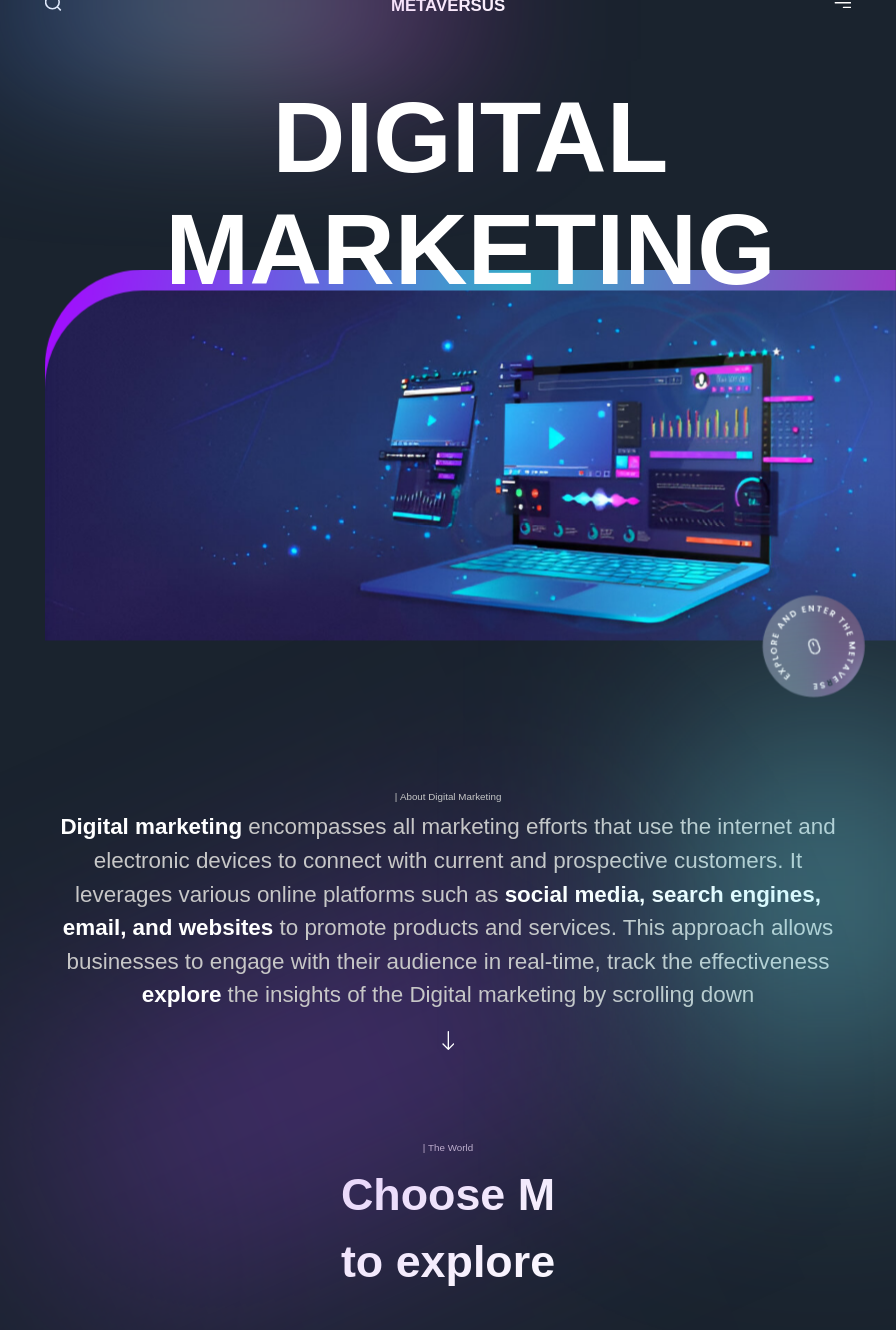
Repository: Shanuga123/metaversus
Page: /
An editor plug-in stored every save of this project. The page is shown before and after the next save, followed by the edit.
The browser window is 1280 px wide. The pictures show the part of the page from y = 40 to 1940 px (the page is 7302 px tall), at 70% of full size.
Pictures or frames that could not be fetched are drawn as grey boxes. Some web fonts or font styles are not loaded; a fallback is used. The project was rebuilt for these pictures with package versions that can differ from the ones it lists, and the page was loaded fresh each time. The framework's server and built-in components were replaced by stand-ins that run in the browser. Also part of the build but not shown: next.config.js.

Above is the page before, as saved 2024-08-05 21:58:47.

### components/Navbar.jsx
'use client';

import { motion } from 'framer-motion';

import styles from '../styles';
import { navVariants } from '../utils/motion';

const Navbar = () => (
  <motion.nav
    variants={navVariants}
    initial="hidden"
    whileInView="show"
    className={`${styles.xPaddings} py-8 relative`}
  >
    <div className="absolute w-[50%] inset-0 gradient-01" />
    <div
      className={`${styles.innerWidth} mx-auto flex justify-between gap-8`}
    >
      <img
        src="/search.svg"
        alt="search"
        className="w-[24px] h-[24px] object-contain"
      />
      <h2 className="font-extrabold text-[24px] leading-[30.24px] text-white">
        METAVERSUS
      </h2>
      <img
        src="/menu.svg"
        alt="menu"
        className="w-[24px] h-[24px] object-contain"
      />
    </div>
  </motion.nav>
);

export default Navbar;

### components/CustomTexts.jsx
'use client';

import { motion } from 'framer-motion';
import { textContainer, textVariant2 } from '../utils/motion';

export const TypingText = ({ title, textStyles }) => (
  <motion.p
    variants={textContainer}
    className={`font-normal text-[14px] text-secondary-white ${textStyles}`}
  >
    {Array.from(title).map((letter, index) => (
      <motion.span variants={textVariant2} key={index}>
        {letter === ' ' ? '\u00A0' : letter}
      </motion.span>
    ))}
  </motion.p>
);

export const TitleText = ({ title, textStyles }) => (
  <motion.h2
    variants={textVariant2}
    initial="hidden"
    whileInView="show"
    className={`mt-[8px] font-bold md:text-[64px] text-[40px] text-white ${textStyles}`}
  >
    {title}
  </motion.h2>
);

### components/ExploreCard.jsx
'use client';

import { motion } from 'framer-motion';

import styles from '../styles';
import { fadeIn } from '../utils/motion';

const ExploreCard = ({ id, imgUrl, title, index, active, handleClick }) => (
  <motion.div
    variants={fadeIn('right', 'spring', index * 0.5, 0.75)}
    className={`relative ${
      active === id ? 'lg:flex-[3.5] flex-[10]' : 'lg:flex-[0.5] flex-[2]'
    } flex items-center justify-center min-w-[170px] h-[700px] transition-[flex] duration-[0.7s] ease-out-flex cursor-pointer`}
    onClick={() => handleClick(id)}
  >
    <img
      src={imgUrl}
      alt="planet-04"
      className="absolute w-full h-full object-cover rounded-[24px]"
    />
    {active !== id ? (
      <h3 className="font-semibold sm:text-[26px] text-[18px] text-white absolute z-0 lg:bottom-20 lg:rotate-[-90deg] lg:origin-[0,0]">
        {title}
      </h3>
    ) : (
      <div className="absolute bottom-0 p-8 flex justify-start w-full flex-col bg-[rgba(0,0,0,0.5)] rounded-b-[24px]">
        <div
          className={`${styles.flexCenter} w-[60px] h-[60px] rounded-[24px] glassmorphism mb-[16px]`}
        >
          <img
            src="/headset.svg"
            alt="headset"
            className="w-1/2 h-1/2 object-contain"
          />
        </div>
        <p className="font-normal text-[16px] leading-[20.16px] text-white uppercase">
          Enter Metaverse
        </p>
        <h2 className="mt-[24px] font-semibold sm:text-[32px] text-[24px] text-white">
          {title}
        </h2>
      </div>
    )}
  </motion.div>
);

export default ExploreCard;

### components/InsightCard.jsx
'use client';

import { motion } from 'framer-motion';

import { fadeIn } from '../utils/motion';

const InsightCard = ({ imgUrl, title, subtitle, index }) => (
  <motion.div
    variants={fadeIn('up', 'spring', index * 0.5, 1)}
    className="flex md:flex-row flex-col gap-4"
  >
    <img
      src={imgUrl}
      alt="planet-01"
      className="md:w-[270px] w-full h-[250px] rounded-[32px] object-cover"
    />
    <div className="w-full flex justify-between items-center">
      <div className="flex-1 md:ml-[62px] flex flex-col max-w-[650px]">
        <h4 className="font-normal lg:text-[42px] text-[26px] text-white">
          {title}
        </h4>
        <p className="mt-[16px] font-normal lg:text-[20px] text-[14px] text-secondary-white">
          {subtitle}
        </p>
      </div>

      <div
        className="lg:flex hidden items-center justify-center w-[100px] h-[100px] rounded-full bg-transparent border-[1px] border-white"
      >
        <img
          src="/arrow.svg"
          alt="arrow"
          className="w-[40%] h-[40%] object-contain"
        />
      </div>
    </div>
  </motion.div>
);

export default InsightCard;

### components/Footer.jsx
'use client';

import { motion } from 'framer-motion';
import { socials } from '../constants';

import styles from '../styles';
import { footerVariants } from '../utils/motion';

const Footer = () => (
  <motion.footer
    variants={footerVariants}
    initial="hidden"
    whileInView="show"
    className={`${styles.xPaddings} py-8 relative`}
  >
    <div className="footer-gradient" />
    <div className={`${styles.innerWidth} mx-auto flex flex-col gap-8`}>
      <div className="flex items-center justify-between flex-wrap gap-5">
        <h4 className="font-bold md:text-[64px] text-[44px] text-white">
          Enter the Metaverse
        </h4>
        <button type="button" className="flex items-center h-fit py-4 px-6 bg-[#25618B] rounded-[32px] gap-[12px]">
          <img
            src="/headset.svg"
            alt="headset"
            className="w-[24px] h-[24px] object-contain"
          />
          <span className="font-normal text-[16px] text-white">
            Enter Metaverse
          </span>
        </button>
      </div>

      <div className="flex flex-col">
        <div className="mb-[50px] h-[2px] bg-white opacity-10" />

        <div className="flex items-center justify-between flex-wrap gap-4">
          <h4 className="font-extrabold text-[24px] text-white">
            METAVERUS
          </h4>
          <p className="font-normal text-[14px] text-white opacity-50">
            Copyright © 2021 - 2022 Metaversus. All rights reserved.
          </p>

          <div className="flex gap-4">
            {socials.map((social) => (
              <img
                key={social.name}
                src={social.url}
                alt={social.name}
                className="w-[24px] h-[24px] object-contain cursor-pointer"
              />
            ))}
          </div>
        </div>
      </div>
    </div>
  </motion.footer>
);

export default Footer;

### sections/Hero.jsx
'use client';

import { motion } from 'framer-motion';

import styles from '../styles';
import { slideIn, staggerContainer, textVariant } from '../utils/motion';

const Hero = () => (
  <section className={`${styles.yPaddings} sm:pl-16 pl-6`}>
    <motion.div
      variants={staggerContainer}
      initial="hidden"
      whileInView="show"
      viewport={{ once: false, amount: 0.25 }}
      className={`${styles.innerWidth} mx-auto flex flex-col`}
    >
      <div className="flex justify-center items-center flex-col relative z-10">
        <motion.h1 variants={textVariant(1.1)} className={styles.heroHeading}>
          Digital
        </motion.h1>
        <motion.div
          variants={textVariant(1.2)}
          className="flex flex-row justify-center items-center"
        >
          <h1 className={styles.heroHeading}>MaR</h1>

          <h1 className={styles.heroHeading}>Keting</h1>
        </motion.div>
      </div>

      <motion.div
        variants={slideIn('right', 'tween', 0.2, 1)}
        className="relative w-full md:-mt-[20px] -mt-[12px]"
      >
        <div className="absolute w-full h-[300px] hero-gradient rounded-tl-[140px] z-[0] -top-[30px]" />

        <img
          src="/cover1.jpg"
          alt="hero_cover"
          className="w-full sm:h-[500px] h-[350px] object-cover rounded-tl-[140px] z-10 relative"
        />

        <a href="#explore">
          <div className="w-full flex justify-end sm:-mt-[70px] -mt-[50px] pr-[40px] relative z-10">
            <img
              src="/stamp.png"
              alt="stamp"
              className="sm:w-[155px] w-[100px] sm:h-[155px] h-[100px] object-contain"
            />
          </div>
        </a>
      </motion.div>
    </motion.div>
  </section>
);

export default Hero;

### sections/About.jsx
'use client';

import { motion } from 'framer-motion';
import { TypingText } from '../components';

import styles from '../styles';
import { fadeIn, staggerContainer } from '../utils/motion';

const About = () => (
  <section className={`${styles.paddings} relative z-10`}>
    <div className="gradient-02 z-0" />
    <motion.div
      variants={staggerContainer}
      initial="hidden"
      whileInView="show"
      viewport={{ once: false, amount: 0.25 }}
      className={`${styles.innerWidth} mx-auto ${styles.flexCenter} flex-col`}
    >
      <TypingText title="| About Digital Marketing" textStyles="text-center" />

      <motion.p
        variants={fadeIn('up', 'tween', 0.2, 1)}
        className="mt-[8px] font-normal sm:text-[32px] text-[20px] text-center text-secondary-white"
      >
        <span className="font-extrabold text-white">Digital marketing </span> encompasses all marketing efforts that use the internet and electronic devices to connect with current and prospective customers. It leverages various online platforms such as {' '}
        <span className="font-extrabold text-white">
        social media, search engines, email, and websites
        </span>{' '}
        to promote products and services.{' '}
        <span className="font-extrabold text-white"></span> This approach allows businesses to engage with their audience in real-time, track the effectiveness{' '}
        <span className="font-extrabold text-white">explore</span> the insights
        of the Digital marketing by scrolling down
      </motion.p>

      <motion.img
        variants={fadeIn('up', 'tween', 0.3, 1)}
        src="/arrow-down.svg"
        alt="arrow down"
        className="w-[18px] h-[28px] object-contain mt-[28px]"
      />
    </motion.div>
  </section>
);

export default About;

### sections/Explore.jsx
'use client';

import { useState } from 'react';
import { motion } from 'framer-motion';

import styles from '../styles';
import { exploreWorlds } from '../constants';
import { staggerContainer } from '../utils/motion';
import { ExploreCard, TitleText, TypingText } from '../components';

const Explore = () => {
  const [active, setActive] = useState('world-2');

  return (
    <section className={`${styles.paddings}`} id="explore">
      <motion.div
        variants={staggerContainer}
        initial="hidden"
        whileInView="show"
        viewport={{ once: false, amount: 0.25 }}
        className={`${styles.innerWidth} mx-auto flex flex-col`}
      >
        <TypingText title="| The World" textStyles="text-center" />
        <TitleText
          title={<>Choose M <br className="md:block hidden" /> to explore</>}
          textStyles="text-center"
        />
        <div className="mt-[50px] flex lg:flex-row flex-col min-h-[70vh] gap-5">
          {exploreWorlds.map((world, index) => (
            <ExploreCard
              key={world.id}
              {...world}
              index={index}
              active={active}
              handleClick={setActive}
            />
          ))}
        </div>
      </motion.div>
    </section>
  );
};

export default Explore;

### sections/GetStarted.jsx
'use client';

import { motion } from 'framer-motion';

import styles from '../styles';
import { startingFeatures } from '../constants';
import { StartSteps, TitleText, TypingText } from '../components';
import { staggerContainer, fadeIn, planetVariants } from '../utils/motion';

const GetStarted = () => (
  <section className={`${styles.paddings} relative z-10`}>
    <motion.div
      variants={staggerContainer}
      initial="hidden"
      whileInView="show"
      viewport={{ once: false, amount: 0.25 }}
      className={`${styles.innerWidth} mx-auto flex lg:flex-row flex-col gap-8`}
    >
      <motion.div
        variants={planetVariants('left')}
        className={`flex-1 ${styles.flexCenter}`}
      >
        <img
          src="/get-started.png"
          alt="get-started"
          className="w-[90%] h-[90%] object-contain"
        />
      </motion.div>
      <motion.div
        variants={fadeIn('left', 'tween', 0.2, 1)}
        className="flex-[0.75] flex justify-center flex-col"
      >
        <TypingText title="| How Metaversus Works" />
        <TitleText title={<>Get started with just a few clicks</>} />
        <div className="mt-[31px] flex flex-col max-w-[370px] gap-[24px]">
          {startingFeatures.map((feature, index) => (
            <StartSteps
              key={feature}
              number={`${index < 10 ? '0' : ''} ${index + 1}`}
              text={feature}
            />
          ))}
        </div>
      </motion.div>
    </motion.div>
  </section>
);

export default GetStarted;

### sections/WhatsNew.jsx
'use client';

import { motion } from 'framer-motion';

import styles from '../styles';
import { newFeatures } from '../constants';
import { NewFeatures, TitleText, TypingText } from '../components';
import { planetVariants, staggerContainer, fadeIn } from '../utils/motion';

const WhatsNew = () => (
  <section className={`${styles.paddings} relative z-10`}>
    <motion.div
      variants={staggerContainer}
      initial="hidden"
      whileInView="show"
      viewport={{ once: false, amount: 0.25 }}
      className={`${styles.innerWidth} mx-auto flex lg:flex-row flex-col gap-8`}
    >
      <motion.div
        variants={fadeIn('right', 'tween', 0.2, 1)}
        className="flex-[0.95] flex justify-center flex-col"
      >
        <TypingText title="| Whats new?" />
        <TitleText title={<>What's new about Metaversus?</>} />
        <div className="mt-[48px] flex flex-wrap justify-between gap-[24px]">
          {newFeatures.map((feature) => (
            <NewFeatures key={feature.title} {...feature} />
          ))}
        </div>
      </motion.div>

      <motion.div
        variants={planetVariants('right')}
        className={`flex-1 ${styles.flexCenter}`}
      >
        <img
          src="/whats-new.png"
          alt="get-started"
          className="w-[90%] h-[90%] object-contain"
        />
      </motion.div>
    </motion.div>
  </section>
);

export default WhatsNew;

### sections/World.jsx
'use client';

import { motion } from 'framer-motion';

import styles from '../styles';
import { TitleText, TypingText } from '../components';
import { fadeIn, staggerContainer } from '../utils/motion';

const World = () => (
  <section className={`${styles.paddings} relative z-10`}>
    <motion.div
      variants={staggerContainer}
      initial="hidden"
      whileInView="show"
      viewport={{ once: false, amount: 0.25 }}
      className={`${styles.innerWidth} mx-auto flex flex-col`}
    >

      <TypingText title="| People on the World" textStyles="text-center" />
      <TitleText
        title={(
          <>Track friends around you and invite them to play together in the same
            world
          </>
        )}
        textStyles="text-center"
      />

      <motion.div
        variants={fadeIn('up', 'tween', 0.3, 1)}
        className="relative mt-[68px] flex w-full h-[550px]"
      >
        <img src="/map.png" alt="map" className="w-full h-full object-cover" />

        <div className="absolute bottom-20 right-20 w-[70px] h-[70px] p-[6px] rounded-full bg-[#5D6680]">
          <img src="people-01.png" alt="people" className="w-full h-full" />
        </div>

        <div className="absolute top-10 left-20 w-[70px] h-[70px] p-[6px] rounded-full bg-[#5D6680]">
          <img src="/people-02.png" alt="people" className="w-full h-full" />
        </div>

        <div className="absolute top-1/2 left-[45%] w-[70px] h-[70px] p-[6px] rounded-full bg-[#5D6680]">
          <img src="people-03.png" alt="people" className="w-full h-full" />
        </div>
      </motion.div>
    </motion.div>
  </section>
);

export default World;

### sections/Insights.jsx
'use client';

import { motion } from 'framer-motion';

import styles from '../styles';
import { insights } from '../constants';
import { staggerContainer } from '../utils/motion';
import { InsightCard, TitleText, TypingText } from '../components';

const Insights = () => (
  <section className={`${styles.paddings} relative z-10`}>
    <motion.div
      variants={staggerContainer}
      initial="hidden"
      whileInView="show"
      viewport={{ once: false, amount: 0.25 }}
      className={`${styles.innerWidth} mx-auto flex flex-col`}
    >
      <TypingText title="| Insight" textStyles="text-center" />
      <TitleText title={<>Insight about metaverse</>} textStyles="text-center" />
      <div className="mt-[50px] flex flex-col gap-[30px]">
        {insights.map((item, index) => (
          <InsightCard key={`insight-${index}`} {...item} index={index + 1} />
        ))}
      </div>
    </motion.div>
  </section>
);

export default Insights;

### sections/Feedback.jsx
'use client';

import { motion } from 'framer-motion';

import styles from '../styles';
import { fadeIn, staggerContainer, zoomIn } from '../utils/motion';

const Feedback = () => (
  <section className={`${styles.paddings}`}>
    <motion.div
      variants={staggerContainer}
      initial="hidden"
      whileInView="show"
      viewport={{ once: false, amount: 0.25 }}
      className={`${styles.innerWidth} mx-auto flex lg:flex-row flex-col gap-6`}
    >
      <motion.div
        variants={fadeIn('right', 'tween', 0.2, 1)}
        className="flex-[0.5] lg:max-w-[370px] flex justify-end flex-col gradient-05 sm:p-8 p-4 rounded-[32px] border-[1px] border-[#6A6A6A] relative"
      >
        <div className="feedback-gradient" />
        <div>
          <h4 className="font-bold sm:text-[32px] text-[26px] sm:leading-[40.32px] leading-[36.32px] text-white">
            Samantha
          </h4>
          <p className="mt-[8px] font-normal sm:text-[18px] text-[12px] sm:leading-[22.68px] leading-[16.68px] text-white">
            Founder Metaverus
          </p>
        </div>

        <p className="mt-[24px] font-normal sm:text-[24px] text-[18px] sm:leading-[45.6px] leading-[39.6px] text-white">
          “With the development of today's technology, metaverse is very
          useful for today's work, or can be called web 3.0. by using
          metaverse you can use it as anything”
        </p>
      </motion.div>

      <motion.div
        variants={fadeIn('left', 'tween', 0.2, 1)}
        className="relative flex-1 flex justify-center items-center"
      >
        <img
          src="/planet-09.png"
          alt="planet-09"
          className="w-full lg:h-[610px] h-auto min-h-[210px] object-cover rounded-[40px]"
        />

        <motion.div
          variants={zoomIn(0.4, 1)}
          className="lg:block hidden absolute -left-[10%] top-[3%]"
        >
          <img
            src="/stamp.png"
            alt="stamp"
            className="w-[155px] h-[155px] object-contain"
          />
        </motion.div>
      </motion.div>
    </motion.div>
  </section>
);

export default Feedback;

### styles/index.js
const styles = {
  innerWidth: '2xl:max-w-[1280px] w-full',
  interWidth: 'lg:w-[80%] w-[100%]',

  paddings: 'sm:p-16 xs:p-8 px-6 py-12',
  yPaddings: 'sm:py-16 xs:py-8 py-12',
  xPaddings: 'sm:px-16 px-6',
  topPaddings: 'sm:pt-16 xs:pt-8 pt-12',
  bottomPaddings: 'sm:pb-16 xs:pb-8 pb-12',

  flexCenter: 'flex justify-center items-center',
  flexStart: 'flex justify-start items-start',
  flexEnd: 'flex justify-end',
  navPadding: 'pt-[98px]',

  // hero section
  heroHeading:
      'font-bold lg:text-[144px] md:text-[100px] sm:text-[60px] text-[44px] lg:leading-[158.4px] md:leading-[114.4px] sm:leading-[74.4px] leading-[64.4px] uppercase text-white',
  heroRText:
      'md:w-[212px] sm:w-[80px] w-[60px] md:h-[108px] sm:h-[48px] h-[38px] md:border-[18px] border-[9px] rounded-r-[50px] border-white sm:mx-2 mx-[6px]',
};

export default styles;

### constants/index.js
export const exploreWorlds = [
  {
    id: 'world-1',
    imgUrl: '/planet-01.png',
    title: 'The Hogwarts',
  },
  {
    id: 'world-2',
    imgUrl: '/planet-02.png',
    title: 'The Upside Down',
  },
  {
    id: 'world-3',
    imgUrl: '/planet-03.png',
    title: 'Kadirojo Permai',
  },
  {
    id: 'world-4',
    imgUrl: '/planet-04.png',
    title: 'Paradise Island',
  },
  {
    id: 'world-5',
    imgUrl: '/planet-05.png',
    title: 'Hawkins Labs',
  },
];

export const startingFeatures = [
  'Find a world that suits you and you want to enter',
  'Enter the world by reading basmalah to be safe',
  'No need to beat around the bush, just stay on the gas and have fun',
];

export const newFeatures = [
  {
    imgUrl: '/vrpano.svg',
    title: 'A new world',
    subtitle:
        'we have the latest update with new world for you to try never mind',
  },
  {
    imgUrl: '/headset.svg',
    title: 'More realistic',
    subtitle:
        'In the latest update, your eyes are narrow, making the world more realistic than ever',
  },
];

export const insights = [
  {
    imgUrl: '/planet-06.png',
    title: 'The launch of the Metaverse makes Elon musk ketar-ketir',
    subtitle:
        'Magna etiam tempor orci eu lobortis elementum nibh tellus molestie. Diam maecenas sed enim ut sem viverra alique.',
  },
  {
    imgUrl: '/planet-07.png',
    title: '7 tips to easily master the madness of the Metaverse',
    subtitle:
        'Vitae congue eu consequat ac felis donec. Et magnis dis parturient montes nascetur ridiculus mus. Convallis tellus id interdum',
  },
  {
    imgUrl: '/planet-08.png',
    title: 'With one platform you can explore the whole world virtually',
    subtitle:
        'Quam quisque id diam vel quam elementum. Viverra nam libero justo laoreet sit amet cursus sit. Mauris in aliquam sem',
  },
];

export const socials = [
  {
    name: 'twitter',
    url: '/twitter.svg',
  },
  {
    name: 'linkedin',
    url: '/linkedin.svg',
  },
  {
    name: 'instagram',
    url: '/instagram.svg',
  },
  {
    name: 'facebook',
    url: '/facebook.svg',
  },
];

Loaded but not shown: app/layout.js (common file); app/page.js (common file); styles/globals.css (common file); components/index.js (common file); sections/index.js (common file); components/StartSteps.jsx (common file); components/NewFeatures.jsx (common file); tailwind.config.js (common file); utils/motion.js (161 lines, source omitted)

After the next save:
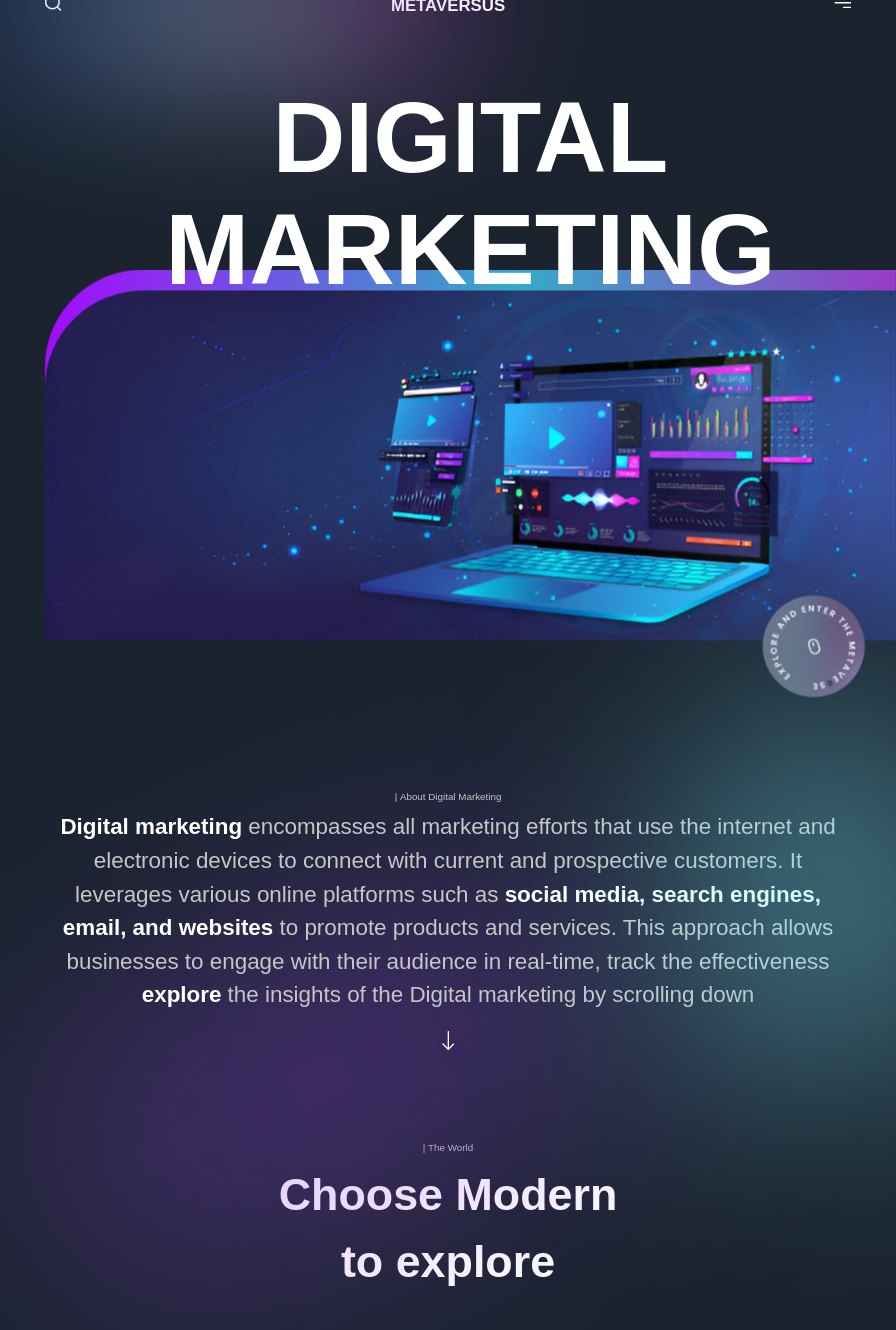
Saved 5 s later.
--- a/sections/Explore.jsx
+++ b/sections/Explore.jsx
@@ -22,7 +22,7 @@ const Explore = () => {
       >
         <TypingText title="| The World" textStyles="text-center" />
         <TitleText
-          title={<>Choose M <br className="md:block hidden" /> to explore</>}
+          title={<>Choose Modern  <br className="md:block hidden" /> to explore</>}
           textStyles="text-center"
         />
         <div className="mt-[50px] flex lg:flex-row flex-col min-h-[70vh] gap-5">
